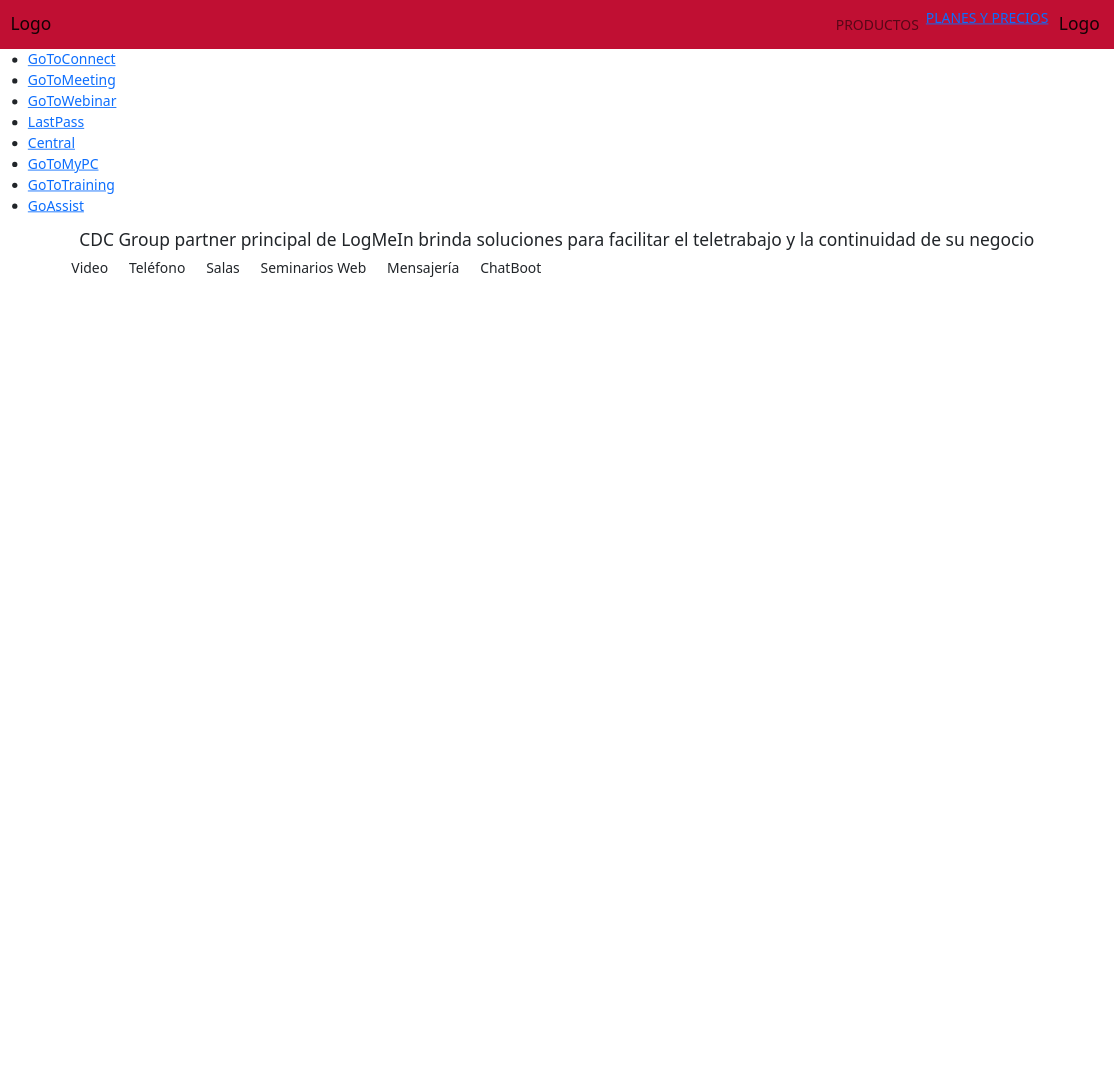
Repository: onehitwondermx/cdclogmein
Page: index.html
An editor plug-in stored every save of this project. The page is shown before and after the next save, followed by the edit.
The browser window is 1280 px wide. The pictures show the whole page, at 87% of full size.

Above is the page before, as saved 2021-06-03 20:36:02.

### index.html
<!DOCTYPE html>
<html lang="es">
  <head>
    <meta charset="utf-8">
    <meta name="viewport" content="width=device-width, initial-scale=1">
    <script src="https://cdn.jsdelivr.net/npm/bootstrap@5.0.1/dist/js/bootstrap.bundle.min.js" integrity="sha384-gtEjrD/SeCtmISkJkNUaaKMoLD0//ElJ19smozuHV6z3Iehds+3Ulb9Bn9Plx0x4" crossorigin="anonymous"></script>
    <link href="https://cdn.jsdelivr.net/npm/bootstrap@5.0.1/dist/css/bootstrap.min.css" rel="stylesheet" integrity="sha384-+0n0xVW2eSR5OomGNYDnhzAbDsOXxcvSN1TPprVMTNDbiYZCxYbOOl7+AMvyTG2x" crossorigin="anonymous">
    <title>LogMeIn - CDC Gropu</title>
  </head>
<body>
  <nav class="navbar sticky-top navbar-expand-lg navbar-light" style="background-color: #c00f33;">
    <div class="container-fluid">
        <a href="#" class="navbar-brand">Logo</a>
        <button class="navbar-toggler" type="button" data-bs-toggle="collapse" data-bs-target="#navbarText" aria-controls="navbarText" aria-expanded="false" aria-label="Toggle navigation">
          <span class="navbar-toggler-icon"></span>
        </button>
        <div class="collapse navbar-collapse" id="navbarText"></div>
            <ul class="navbar-nav me-auto mb-2 mb-lg-0">
              <li class="nav-item"><a class="nav-link" href="#">PRODUCTOS</a></li>
              <li><a class="dropdown-trigger" href="#" data-target="dropdown1">PLANES Y PRECIOS</a></li>
            </ul>
        </div>
        <a href="#" class="navbar-brand">Logo</a>
    </div>
  </nav>
      <!-- Dropdown Structure -->
    <ul id="dropdown1" class="dropdown-content">
      <li><a href="#">GoToConnect</a></li>
      <li><a href="#">GoToMeeting</a></li>
      <li><a href="#">GoToWebinar</a></li>
      <li><a href="#">LastPass</a></li>
      <li><a href="#">Central</a></li>
      <li><a href="#">GoToMyPC</a></li>
      <li><a href="#">GoToTraining</a></li>
      <li><a href="#">GoAssist</a></li>
    </ul>
    </div>

  <div class="container-fluid">
      <div class="row justify-content-md-center">
        <div class="col-md-auto">
          <h5 class="center-align">
            CDC Group partner principal de LogMeIn brinda soluciones para facilitar el teletrabajo y la continuidad de su negocio
          </h5>
        </div>
      </div>
  </div>
  <div class="container">
    <div class="row row-cols-auto">
      <div class="col">
        <span>Video</span>
      </div>
      <div class="col">
        <span>Teléfono</span>
      </div>
      <div class="col">
        <span>Salas</span>
      </div>
      <div class="col">
        <span>Seminarios Web</span>
      </div>
      <div class="col">
        <span>Mensajería
        </span>
      </div>
      <div class="col">
        <span>ChatBoot</span>
      </div>
    </div>
  </div>

   <br><br><br><br><br><br><br><br><br><br><br><br><br><br><br><br><br><br><br><br><br><br><br><br><br><br><br><br><br><br><br><br><br><br><br><br><br><br>
  </body>
</html>

After the next save:
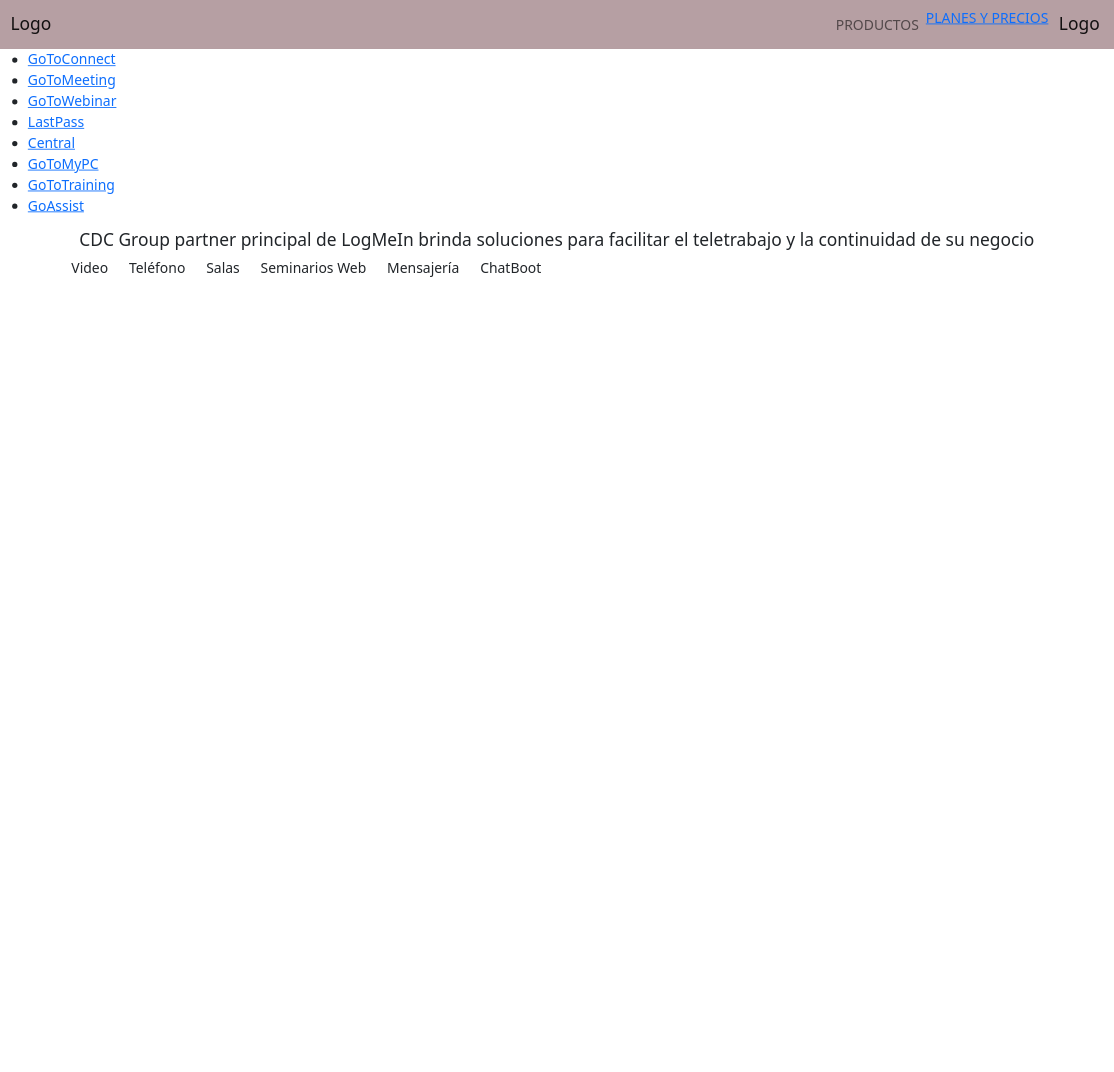
Saved 25 s later.
--- a/index.html
+++ b/index.html
@@ -8,7 +8,7 @@
     <title>LogMeIn - CDC Gropu</title>
   </head>
 <body>
-  <nav class="navbar sticky-top navbar-expand-lg navbar-light" style="background-color: #c00f33;">
+  <nav class="navbar sticky-top navbar-expand-lg navbar-light" style="background-color: #b69fa3;">
     <div class="container-fluid">
         <a href="#" class="navbar-brand">Logo</a>
         <button class="navbar-toggler" type="button" data-bs-toggle="collapse" data-bs-target="#navbarText" aria-controls="navbarText" aria-expanded="false" aria-label="Toggle navigation">
